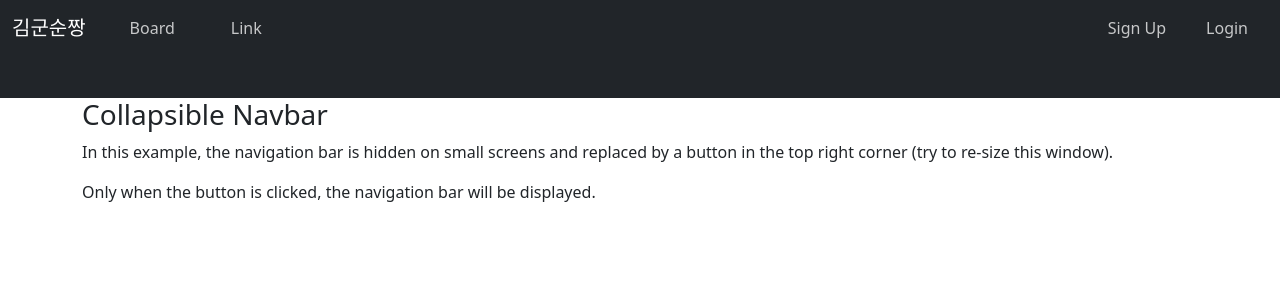
Repository: SeeUSoon93/Spring
Page: http://localhost/SpringMVC03/WEB-INF/views/index.jsp
These files come from the project's save history. The page is drawn as it stood at one moment and after the next save; the edit follows.
The browser window is 1280 px wide. The pictures show the whole page.
The page is served by Tomcat 9. Nobody is signed in. Other server files are loaded and not shown. The template is opened directly, without the code that normally fills it, so the values that code supplies are empty.

Above is the page before, as saved 2023-10-06 03:07:43.

### SpringMVC03/src/main/webapp/WEB-INF/views/index.jsp
<%@ page language="java" contentType="text/html; charset=UTF-8"
    pageEncoding="UTF-8"%>
<%@ taglib prefix="c" uri="http://java.sun.com/jsp/jstl/core" %>
<!DOCTYPE html>
<html lang="en">
<head>
  <title>SpringMVC03</title>
  <meta charset="utf-8">
  <meta name="viewport" content="width=device-width, initial-scale=1">

</head>
<body>

	<jsp:include page="common/header.jsp"></jsp:include>

<div class="container">
  <h3>Collapsible Navbar</h3>
  <p>In this example, the navigation bar is hidden on small screens and replaced by a button in the top right corner (try to re-size this window).
  <p>Only when the button is clicked, the navigation bar will be displayed.</p>
</div>

</body>
</html>

### SpringMVC03/src/main/webapp/WEB-INF/views/common/header.jsp
<%@ page language="java" contentType="text/html; charset=UTF-8"
    pageEncoding="UTF-8"%>
<!DOCTYPE html>
<html lang="en">
<head>
  <title>Bootstrap Example</title>
  <meta charset="utf-8">
  <meta name="viewport" content="width=device-width, initial-scale=1">
  <link href="https://cdn.jsdelivr.net/npm/bootstrap@5.3.2/dist/css/bootstrap.min.css" rel="stylesheet">
  <script src="https://cdn.jsdelivr.net/npm/bootstrap@5.3.2/dist/js/bootstrap.bundle.min.js"></script>

  <style type="text/css">

  a {
     text-decoration: none;
  }

  .navbar-collapse {
     justify-content: space-between;
  }

  .navbar-nav>li{
     padding: 0 20px;

  }

  .navbar-nav>li>a {
    color : #C7C8C9;
  }
  #header{
  	padding-bottom:50px;
  }

  </style>


</head>
<body>

<nav id="header" class="navbar navbar-expand-sm bg-dark navbar-dark">
  <div class="container-fluid">
    <a class="navbar-brand" href="/controller">김군순짱</a>
    <button class="navbar-toggler" type="button" data-bs-toggle="collapse" data-bs-target="#collapsibleNavbar">
      <span class="navbar-toggler-icon"></span>
    </button>
    <div class="collapse navbar-collapse" id="collapsibleNavbar">
      <ul class="navbar-nav">
        <li class="nav-item">
          <a class="nav-link" href="boardMain.do">Board</a>
        </li>
        <li class="nav-item">
          <a class="nav-link" href="#">Link</a>
        </li>
      </ul>
      <ul class="nav navbar-nav navbar-right">
        <li><a href="#"><span class="glyphicon glyphicon-user"></span> Sign Up</a></li>
        <li><a href="#"><span class="glyphicon glyphicon-log-in"></span> Login</a></li>
      </ul>

    </div>
  </div>
</nav>

</body>
</html>

After the next save:
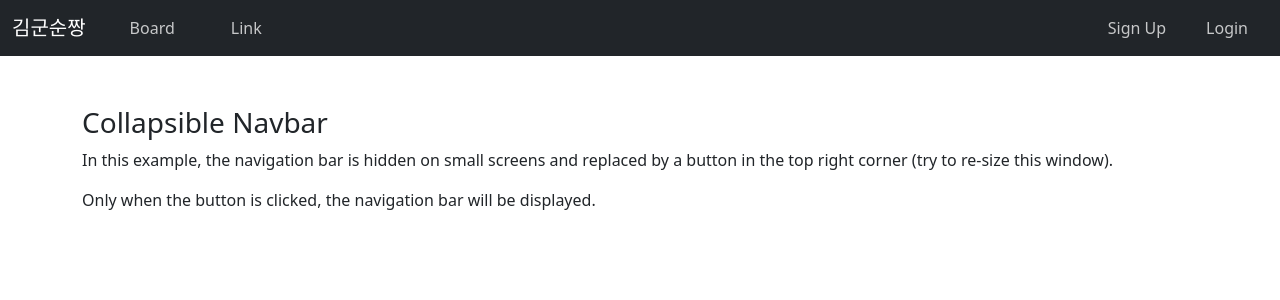
Saved 15 s later.
--- a/SpringMVC03/src/main/webapp/WEB-INF/views/common/header.jsp
+++ b/SpringMVC03/src/main/webapp/WEB-INF/views/common/header.jsp
@@ -28,7 +28,7 @@
     color : #C7C8C9;
   }
   #header{
-  	padding-bottom:50px;
+  	margin-bottom:50px;
   }
 
   </style>
